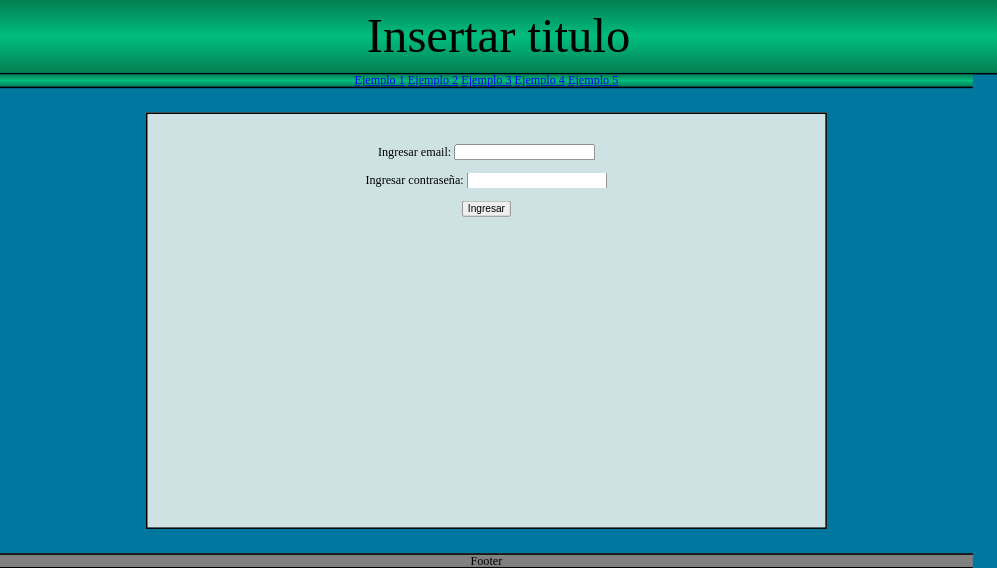
Repository: FacundoKinderknecht/Parcial-2-LPPA
Page: login/login.html
An editor plug-in stored every save of this project. The page is shown before and after the next save, followed by the edit.
The browser window is 1280 px wide. The page is 1312 px wide, so the pictures cover 1312 px, including what lies to the right of the window. The pictures show the whole page, at 76% of full size.

Above is the page before, as saved 2022-07-06 10:26:37.

### login/login.html
<!DOCTYPE html>
<html lang="en">
<head>
    <meta charset="UTF-8">
    <meta http-equiv="X-UA-Compatible" content="IE=edge">
    <meta name="viewport" content="width=device-width, initial-scale=1.0">
    <title>Document</title>
    <link rel="stylesheet" href="/reset.css">
    <link rel="stylesheet" href="/login/login.css">
    <script src="/login/login.js"></script>
</head>
<body>
    <header>
        <h1>Insertar titulo</h1>
    </header>
    <nav>
        <li>
            <a href="#">Ejemplo 1</a>
            <a href="#">Ejemplo 2</a>
            <a href="#">Ejemplo 3</a>
            <a href="#">Ejemplo 4</a>
            <a href="#">Ejemplo 5</a>
        </li>
    </nav>
    <main>
        <form>
            <div class="email">
                <label for="email">Ingresar email:</label>
                <input type="text" name="email" id="email">
            </div>
            <div class="contraseña">
                <label for="contraseña">Ingresar contraseña:</label>
                <input type="password" name="contraseña" id="contraseña">
            </div>
            <div class="boton">
                <input type="submit" value="Ingresar">
            </div>
        </form>
    </main>
    <footer>
        <p>Footer</p>
    </footer>
</body>
</html>

### login/login.css
header{
    width: 100%;
    border-bottom: black 2px solid;
    padding: 1rem;
    font-size: 400%;
    background: linear-gradient(to top, rgb(4, 126, 83), rgb(0, 190, 126), rgb(4, 126, 83));
}
nav{
    background: linear-gradient(to top, rgb(4, 126, 83), rgb(0, 190, 126), rgb(4, 126, 83));
    display: block;
    border-bottom: black 2px solid;
    text-decoration: none;
}
li{
    text-decoration: none;
    list-style: none;
    color: black;
}
body{
    background-color: rgb(0, 119, 159);
    height: 100%;
    align-items: center;
    text-align: center;
    margin: 0;
}
main{
    display: inline-block;
    width: 70%;
    padding: 2rem;
}
form{
    background-color: rgb(207, 226, 227);  border: black solid 2px;
    padding: 2rem;
    height: 30rem;
}
div{
    padding: 0.5rem;
}
footer{
    border-top: 2px solid black;
    border-bottom: 2px solid black;
    background-color: grey;
    bottom: 0;
    width: 100%;
}

Loaded but not shown: reset.css (common file); login/login.js (no stored copy; drawn as an empty file)

After the next save:
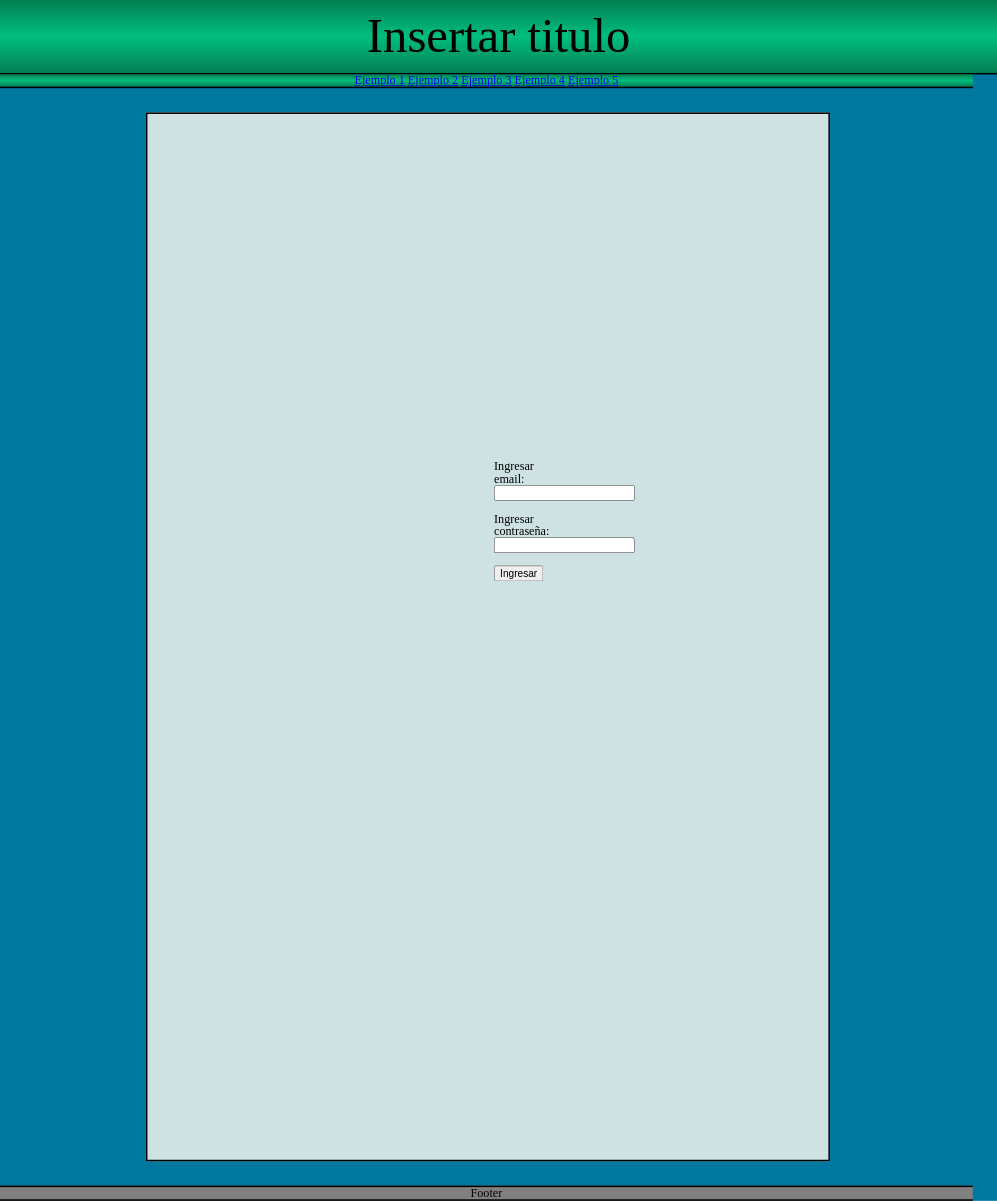
Saved 44 s later.
--- a/login/login.css
+++ b/login/login.css
@@ -30,7 +30,7 @@ main{
 }
 form{
     background-color: rgb(207, 226, 227);  border: black solid 2px;
-    padding: 2rem;
+    padding: 50%;
     height: 30rem;
 }
 div{
